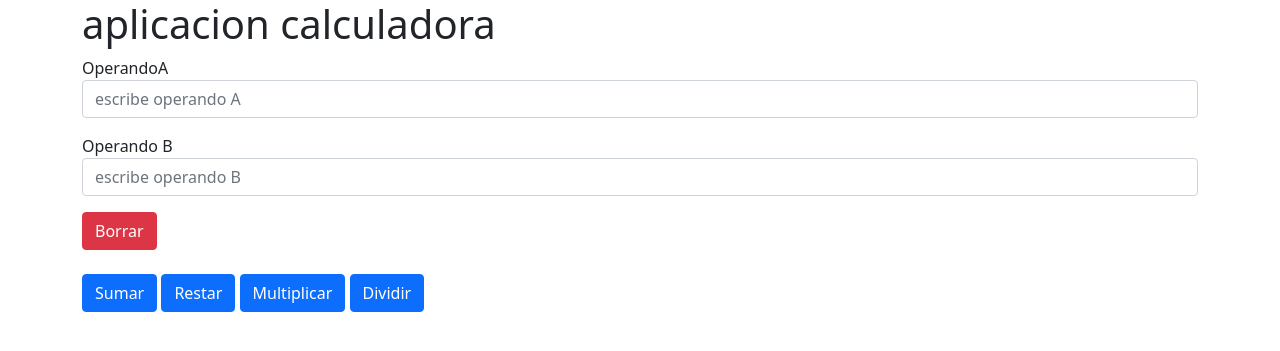
Repository: iwinser117/dw
Page: javascript udemy 43/ejercices/calculadora/index.html
The author's editor kept a copy of each file at every save. The page is drawn from the files as they stood at one save, then again after the next save.
The browser window is 1280 px wide. The pictures show the whole page.

Above is the page before, as saved 2022-10-02 12:33:10.

After the next save:
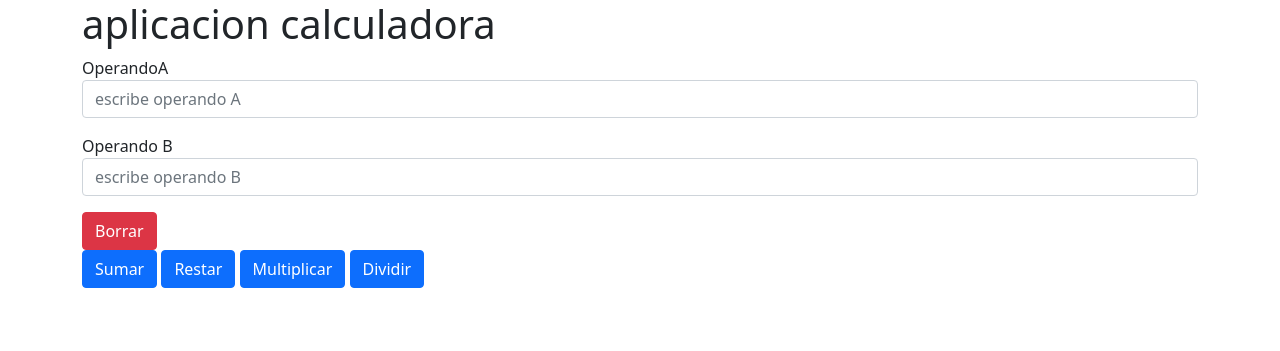
Saved 17 s later.
--- a/javascript udemy 43/ejercices/calculadora/index.html
+++ b/javascript udemy 43/ejercices/calculadora/index.html
@@ -23,7 +23,7 @@
                 <label for="operandoB">Operando B</label>
                 <input type="number" class="form-control" placeholder="escribe operando B" id="operandoB">
             </div>
-            <button class="btn btn-danger mb-4 type="reset" value="Borrar">Borrar</button>
+            <button class="btn btn-danger mb-8 type="reset" value="Borrar">Borrar</button>
     </form>
 
     <div class="btn-fcn" >

After the 2 saves that followed:
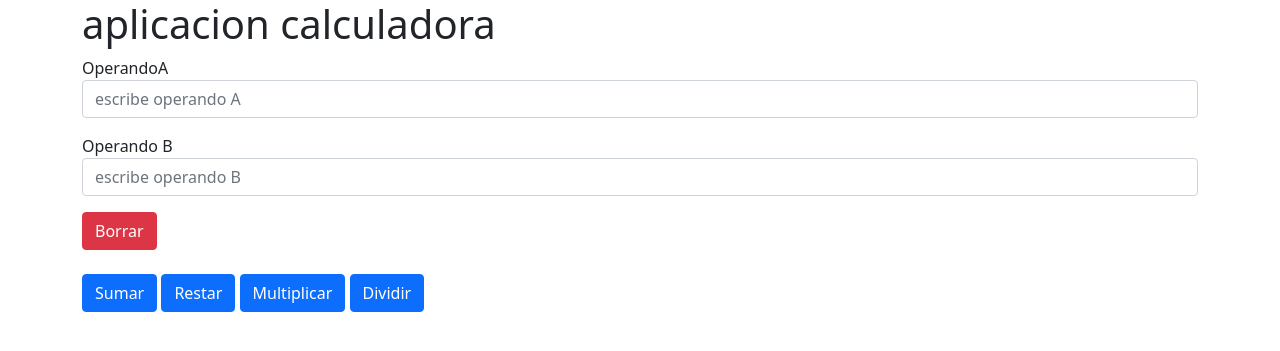
The 2 saves are shown as one change because they came seconds apart.
The last was saved 7 s later.
--- a/javascript udemy 43/ejercices/calculadora/index.html
+++ b/javascript udemy 43/ejercices/calculadora/index.html
@@ -23,7 +23,7 @@
                 <label for="operandoB">Operando B</label>
                 <input type="number" class="form-control" placeholder="escribe operando B" id="operandoB">
             </div>
-            <button class="btn btn-danger mb-8 type="reset" value="Borrar">Borrar</button>
+            <button class="btn btn-danger mb-4 type="reset" value="Borrar">Borrar</button>
     </form>
 
     <div class="btn-fcn" >
